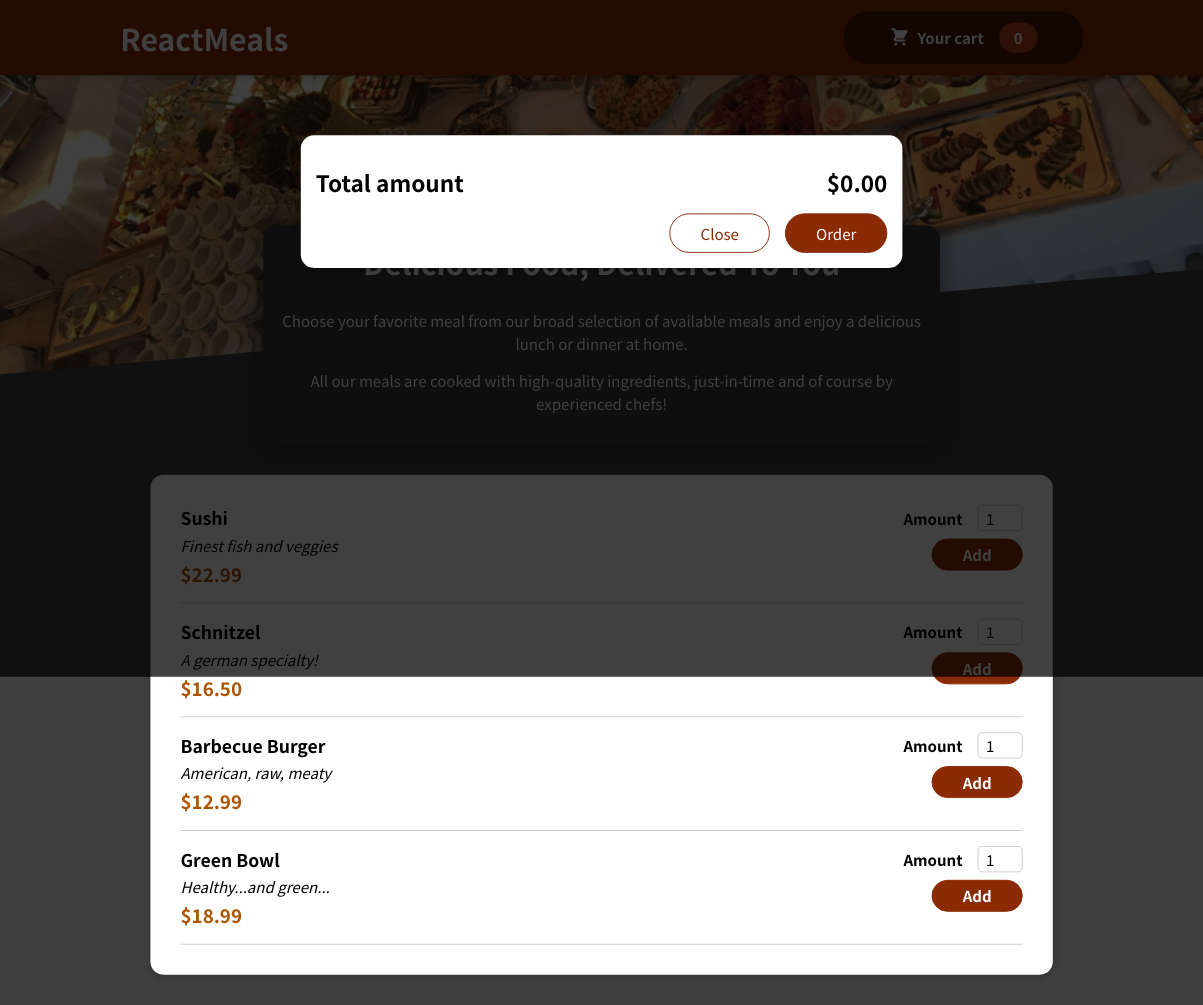
Repository: TonyHoukun-2022/React-foodApp-demo
Page: / (app in Desktop/REACT/React_FoodOrderApp/), after clicking the first element matching `button.HeaderCartButton_56f31_button`
The author's editor kept a copy of each file at every save. The page is drawn from the files as they stood at one save, then again after the next save.
The browser window is 1280 px wide. The pictures show the whole page, at 94% of full size.
The project was rebuilt for these pictures with package versions that can differ from the ones it lists, and the page was loaded fresh each time.

Above is the page before, as saved 2021-12-06 22:00:27.

### Desktop/REACT/React_FoodOrderApp/public/index.html
<!DOCTYPE html>
<html lang="en">
  <head>
    <meta charset="utf-8" />
    <link rel="icon" href="%PUBLIC_URL%/favicon.ico" />
    <meta name="viewport" content="width=device-width, initial-scale=1" />
    <meta name="theme-color" content="#000000" />
    <meta
      name="description"
      content="Web site created using create-react-app"
    />
    <link rel="apple-touch-icon" href="%PUBLIC_URL%/logo192.png" />
    <!--
      manifest.json provides metadata used when your web app is installed on a
      user's mobile device or desktop. See https://developers.google.com/web/fundamentals/web-app-manifest/
    -->
    <link rel="manifest" href="%PUBLIC_URL%/manifest.json" />
    <!--
      Notice the use of %PUBLIC_URL% in the tags above.
      It will be replaced with the URL of the `public` folder during the build.
      Only files inside the `public` folder can be referenced from the HTML.

      Unlike "/favicon.ico" or "favicon.ico", "%PUBLIC_URL%/favicon.ico" will
      work correctly both with client-side routing and a non-root public URL.
      Learn how to configure a non-root public URL by running `npm run build`.
    -->
    <title>React App</title>
  </head>
  <body>
    <noscript>You need to enable JavaScript to run this app.</noscript>
    <!-- portal -->
    <div id="overlays"></div>
    <div id="root"></div>
    <!--
      This HTML file is a template.
      If you open it directly in the browser, you will see an empty page.

      You can add webfonts, meta tags, or analytics to this file.
      The build step will place the bundled scripts into the <body> tag.

      To begin the development, run `npm start` or `yarn start`.
      To create a production bundle, use `npm run build` or `yarn build`.
    -->
  </body>
</html>

### Desktop/REACT/React_FoodOrderApp/src/App.js
import React,{useState} from "react"
import Header from "./components/Layout/Header"
import Meals from "./components/Meals/Meals"
import ShoppingCart from "./components/Cart/ShoppingCart"
import CartProvider from "./StoreContext/CartProvider"
function App() {
  const [cartIsShown, setCartIsShown] = useState(false)
  const showCartHandler = () => {
    setCartIsShown(true)
  }
  const hideCartHandler = () => {
    setCartIsShown(false)
  }
  return (
    <CartProvider>
      {cartIsShown && <ShoppingCart onClose={hideCartHandler}></ShoppingCart> }
      <Header onShowCart={showCartHandler}></Header>
      <main>
        <Meals></Meals>
      </main>
    </CartProvider>
  )
}

export default App

### Desktop/REACT/React_FoodOrderApp/src/components/Layout/Header.js
import React from "react"
import headerImg from "../../assets/header.jpeg"
import styles from "./Header.module.css"
import HeaderCartButton from "./HeaderCartButton"
const Header = (props) => {
  return (
    <>
          <header className={styles.header}>
              <h1>ReactMeals</h1>
              <HeaderCartButton onClick={props.onShowCart}></HeaderCartButton>
          </header>
          <div className={styles['main-image']}>
              <img src={headerImg} alt="header-image" />
          </div>
    </>
  )
}
export default Header

### Desktop/REACT/React_FoodOrderApp/src/components/Meals/Meals.js
import React from "react";
import MealsSummary from "./MealsSummary";
import AvailableMeals from "./AvailableMeals";
const Meals = () => {
    return (
        <>
            <MealsSummary></MealsSummary>
            <AvailableMeals></AvailableMeals>
        </>
    )
}
export default Meals

### Desktop/REACT/React_FoodOrderApp/src/components/Cart/ShoppingCart.js
import { useContext } from "react"
import style from "./ShoppingCart.module.css"
import Modal from "../UI/Modal"
import CartContext from "../../StoreContext/cart-context"
const ShoppingCart = (props) => {
  const cartCtx = useContext(CartContext)
  const totalAmount = `$${cartCtx.totalAmount.toFixed(2)}`
  const hasItems = cartCtx.items.length > 0
  const cartItems = (
    <ul className={style["cart-items"]}>
      {cartCtx.items.map((item) => (
        <li>{item.name}</li>
      ))}
    </ul>
  )

  return (
    <Modal onClose={props.onClose}>
      {cartItems}
      <div className={style.total}>
        <span>Total amount</span>
        <span>{totalAmount}</span>
      </div>
      <div className={style.actions}>
        <button onClick={props.onClose} className={style["button--alt"]}>
          Close
        </button>
        <button className={style.button}>Order</button>
      </div>
    </Modal>
  )
}
export default ShoppingCart

### Desktop/REACT/React_FoodOrderApp/src/StoreContext/CartProvider.js
// this component is simply to manage the current context of cart data and provide that context to all components that want access to it.
import CartContext from "./cart-context"
import { useReducer } from "react"

//reducer function can put outside of component because no interval values of the CartProvider component is needed in reducer.
//receive a state object and an action automatically by React.

// The action is dispatched by dispatchCartAction inside the Component
// state is simply the last state snapshotof the state managed by the reducer func.
// And then as part of the reducer function,
// you have to return a new state snapshot.
//at the begining, the state in cartReducer func is the defaultCartState

//initial value of the useReducer func
const defaultCartState = {
  items: [],
  totalAmount: 0,
}
const cartReducer = (state, action) => {
  if (action.type === "ADD") {
    //     concat here adds adds a new item to an array
    // but unlike push, it doesn't edit the existing array
    // but return a new array.
    //add the new item
    const updatedItems = state.items.concat(action.item)
    const updatedTotalAmount = state.totalAmount + action.item.price * action.item.amount
    return {
      items: updatedItems,
      totalAmount: updatedTotalAmount,
    }
  }
  // if action.type != add, return defaultCartState
  return defaultCartState
}
const CartProvider = (props) => {
  //初始化cartstate作为初始值
  const [cartState, dispatchCartAction] = useReducer(cartReducer, defaultCartState)
  //called by MealItem.js
  const addItemToCartHandler = (item) => {
    dispatchCartAction({ type: "ADD", item: item })
  }
  const removeItemFromCartHandler = (id) => {
    dispatchCartAction({ type: "REMOVE", id: id })
  }
  const cartContext = {
    items: cartState.items,
    totalAmount: cartState.totalAmount,
    //called in MealItem.js
    addItem: addItemToCartHandler,
    removeItem: removeItemFromCartHandler,
  }
  return <CartContext.Provider value={cartContext}>{props.children}</CartContext.Provider>
}
export default CartProvider

### Desktop/REACT/React_FoodOrderApp/src/components/Layout/HeaderCartButton.js
import CartIcon from "../Cart/CartIcon"
import { useContext } from "react"
import styles from "./HeaderCartButton.module.css"
import CartContext from "../../StoreContext/cart-context"
const HeaderCartButton = (props) => {
  const cartctx = useContext(CartContext)
  // reduce is a built-in js method allows us to transform an array of data into a single value.
  const numOfCartItems = cartctx.items.reduce((currentNumber, item) => {
    return currentNumber + item.amount
  }, 0)
  return (
    <button className={styles.button} onClick={props.onClick}>
      <span className={styles.icon}>
        <CartIcon></CartIcon>
      </span>
      <span>Your cart</span>
      <span className={styles.badge}>{numOfCartItems}</span>
    </button>
  )
}
export default HeaderCartButton

### Desktop/REACT/React_FoodOrderApp/src/components/Meals/AvailableMeals.js
import styles from "./AvailableMeals.module.css"
import Card from "../UI/Card"
import MealItem from "./MealItem/MealItem"
const DUMMY_MEALS = [
  {
    id: "m1",
    name: "Sushi",
    description: "Finest fish and veggies",
    price: 22.99,
  },
  {
    id: "m2",
    name: "Schnitzel",
    description: "A german specialty!",
    price: 16.5,
  },
  {
    id: "m3",
    name: "Barbecue Burger",
    description: "American, raw, meaty",
    price: 12.99,
  },
  {
    id: "m4",
    name: "Green Bowl",
    description: "Healthy...and green...",
    price: 18.99,
  },
]
const AvailableMeals = () => {
    const mealsList = DUMMY_MEALS.map(meal => (
        <MealItem id={ meal.id} key={ meal.id} price={meal.price} name={meal.name} description={meal.description}></MealItem>
    ))
    return (
        <section className={styles.meals}>
            <Card>
                <ul>
                    {mealsList}
                </ul>
            </Card>
        </section>
    )
}
export default AvailableMeals

### Desktop/REACT/React_FoodOrderApp/src/components/Cart/ShoppingCart.module.css
.cart-items {
  list-style: none;
  margin: 0;
  padding: 0;
  max-height: 20rem;
  overflow: auto;
}

.total {
  display: flex;
  justify-content: space-between;
  align-items: center;
  font-weight: bold;
  font-size: 1.5rem;
  margin: 1rem 0;
}

.actions {
  text-align: right;
}

.actions button {
  font: inherit;
  cursor: pointer;
  background-color: transparent;
  border: 1px solid #8a2b06;
  padding: 0.5rem 2rem;
  border-radius: 25px;
  margin-left: 1rem;
}

.actions button:hover,
.actions button:active {
  background-color: #5a1a01;
  border-color: #5a1a01;
  color: white;
}

.actions .button--alt {
  color: #8a2b06;
}

.actions .button {
  background-color: #8a2b06;
  color: white;
}

### Desktop/REACT/React_FoodOrderApp/src/components/UI/Modal.js
import style from "./Modal.module.css"
import ReactDOM from "react-dom"
const Backdrop = (props) => {
  return <div onClick={props.onClose} className={style.backdrop}></div>
}
const ModalOverlay = (props) => {
  return (
    <div className={style.modal}>
      <div className={style.content}>{props.children}</div>
    </div>
  )
}
const portalElements = document.getElementById("overlays")
const Modal = (props) => {
  return (
    <>
      {/* use Portal to move the Backdrop and Modaloverlay to root div #overlays in index.html */}
      {ReactDOM.createPortal(<Backdrop onClose={props.onClose} />, portalElements)}
      {ReactDOM.createPortal(<ModalOverlay>{props.children}</ModalOverlay>, portalElements)}
    </>
  )
}
export default Modal

### Desktop/REACT/React_FoodOrderApp/src/StoreContext/cart-context.js
import { createContext } from "react"
const CartContext = createContext({
  items: [],
  totalAmount: 0,
  addItem: (item) => {},
  removeItem: (id) => {},
})
export default CartContext

// import { createContext } from "react"
// const Context = createContext("Default Value")

### Desktop/REACT/React_FoodOrderApp/src/components/Cart/CartIcon.js
const CartIcon = () => {
  return (
    <svg xmlns="http://www.w3.org/2000/svg" viewBox="0 0 20 20" fill="currentColor">
      <path d="M3 1a1 1 0 000 2h1.22l.305 1.222a.997.997 0 00.01.042l1.358 5.43-.893.892C3.74 11.846 4.632 14 6.414 14H15a1 1 0 000-2H6.414l1-1H14a1 1 0 00.894-.553l3-6A1 1 0 0017 3H6.28l-.31-1.243A1 1 0 005 1H3zM16 16.5a1.5 1.5 0 11-3 0 1.5 1.5 0 013 0zM6.5 18a1.5 1.5 0 100-3 1.5 1.5 0 000 3z" />
    </svg>
  )
}

export default CartIcon

### Desktop/REACT/React_FoodOrderApp/src/components/Layout/HeaderCartButton.module.css
.button {
  cursor: pointer;
  font: inherit;
  border: none;
  background-color: #4d1601;
  color: white;
  padding: 0.75rem 3rem;
  display: flex;
  justify-content: space-around;
  align-items: center;
  border-radius: 25px;
  font-weight: bold;
}

.button:hover,
.button:active {
  background-color: #2c0d00;
}

.icon {
  width: 1.35rem;
  height: 1.35rem;
  margin-right: 0.5rem;
}

.badge {
  background-color: #b94517;
  padding: 0.25rem 1rem;
  border-radius: 25px;
  margin-left: 1rem;
  font-weight: bold;
}

.button:hover .badge,
.button:active .badge {
  background-color: #92320c;
}

.bump {
  animation: bump 300ms ease-out;
}

@keyframes bump {
  0% {
    transform: scale(1);
  }
  10% {
    transform: scale(0.9);
  }
  30% {
    transform: scale(1.1);
  }
  50% {
    transform: scale(1.15);
  }
  100% {
    transform: scale(1);
  }
}

### Desktop/REACT/React_FoodOrderApp/src/components/UI/Card.js
import styles from "./Card.module.css"
const Card = (props) => {
    return (
        <div className={styles.card}>{ props.children}</div>
    )
}
export default Card

### Desktop/REACT/React_FoodOrderApp/src/components/Meals/MealItem/MealItem.js
import { useContext } from "react"
import MealItemForm from "./MealItemForm"
import styles from "./MealItem.module.css"
import CartContext from "../../../StoreContext/cart-context"

// props from AvailableMeals
const MealItem = (props) => {
  const cartCtx = useContext(CartContext)
  //price is set to be like $xx.xx
  //props.price comes from AvailableMeals.js
  const price = `$${props.price.toFixed(2)}`
  // amount prop comes from the MealItemForm, enteredAmountNum
  const addItemToCartHandler = (amount) => {
    //   call addItem method  defined in CartProvider, pass an item
    cartCtx.addItem({
      id: props.id,
      name: props.name,
      amount: amount,
      price: props.price,
    })
  }
  return (
    <li className={styles.meal}>
      <div>
        <h3>{props.name}</h3>
        <div className={styles.description}>{props.description}</div>
        <div className={styles.price}>{price}</div>
      </div>
      <div>
        <MealItemForm onAddToCart={addItemToCartHandler}></MealItemForm>
      </div>
    </li>
  )
}
export default MealItem

### Desktop/REACT/React_FoodOrderApp/src/components/Meals/MealItem/MealItemForm.js
import { useRef, useState } from "react"
import Input from "../../UI/Input"
import styles from "./MealItemForm.module.css"
const MealItemForm = (props) => {
  const amountInputRef = useRef()
  const [amountIsValid, setAmountIsValid] = useState(true)
  const submitHandler = (event) => {
    //prevent default submit action (reloading page)
    event.preventDefault()
    //amountInputRef.current 指向 Input component 里面的 <input>, <input> is stored in the amountInputRef returned by useRef().
    const enteredAmount = amountInputRef.current.value
    //<input> has a value property holds the currently entered value, and that value is always a string, so we need to convert it to a number.
    const enteredAmountNum = +enteredAmount
    if (enteredAmount.trim().length === 0 || enteredAmountNum < 1 || enteredAmountNum > 5) {
      setAmountIsValid(false)
      //stop the submitHandler func
      return
    }
    //forward value enteredAmountNum to parent MealItem.js.
    props.onAddToCart(enteredAmountNum)
  }
  return (
    <form className={styles.form} onSubmit={submitHandler}>
      <Input
        //cannot directly use ref in custom component
        //   All we have to do is go to the Component where we wanna receive refs. In this case, thats the Input Component, and then make sure you import React in there from react and wrap your Component function with React.forwardRef.

        //React 会将ref 作为第二个参数传递给React.forwardRef函数渲染的Input.js
        ref={amountInputRef}
        label="Amount"
        input={{
          //all built-in attributes for <input> tag in Input.js
          id: `'amount_${props.id}`,
          type: "number",
          min: "1",
          max: "5",
          step: "1",
          defaultValue: "1",
        }}
      ></Input>
      <button>Add</button>
      {!amountIsValid && <p>Please enter a valid amount of item</p>}
    </form>
  )
}
export default MealItemForm

### Desktop/REACT/React_FoodOrderApp/src/components/UI/Input.js
import React from "react"
import styles from "./Input.module.css"

// the ref prop is the ref attribute of Input component in MealItemForm
//forwardRef 会将MealItemFrom 里的 Input 的ref传入，然后用在这里的<input>上。 这样，mealitemform里面的ref.current就指向这里的<input>
const Input = React.forwardRef((props, ref) => {
  return (
    <div className={styles.input}>
      <label htmlFor={props.input.id}>{props.label}</label>
      {/* ...props.input ensures that all the key value pairs in this input object,which we receive on props input are added as property:value to input tag here. */}
      <input ref={ref} {...props.input} />
    </div>
  )
})
export default Input

Loaded but not shown: Desktop/REACT/React_FoodOrderApp/src/index.js (common file); Desktop/REACT/React_FoodOrderApp/src/index.css (common file); Desktop/REACT/React_FoodOrderApp/src/components/Layout/Header.module.css (common file); Desktop/REACT/React_FoodOrderApp/src/components/Meals/MealsSummary.js (common file); Desktop/REACT/React_FoodOrderApp/src/components/Meals/MealsSummary.module.css (common file); Desktop/REACT/React_FoodOrderApp/src/components/Meals/AvailableMeals.module.css (common file); Desktop/REACT/React_FoodOrderApp/src/components/UI/Modal.module.css (common file); Desktop/REACT/React_FoodOrderApp/src/components/UI/Card.module.css (common file); Desktop/REACT/React_FoodOrderApp/src/components/Meals/MealItem/MealItem.module.css (common file); Desktop/REACT/React_FoodOrderApp/src/components/Meals/MealItem/MealItemForm.module.css (common file); Desktop/REACT/React_FoodOrderApp/src/components/UI/Input.module.css (common file)

After the next save:
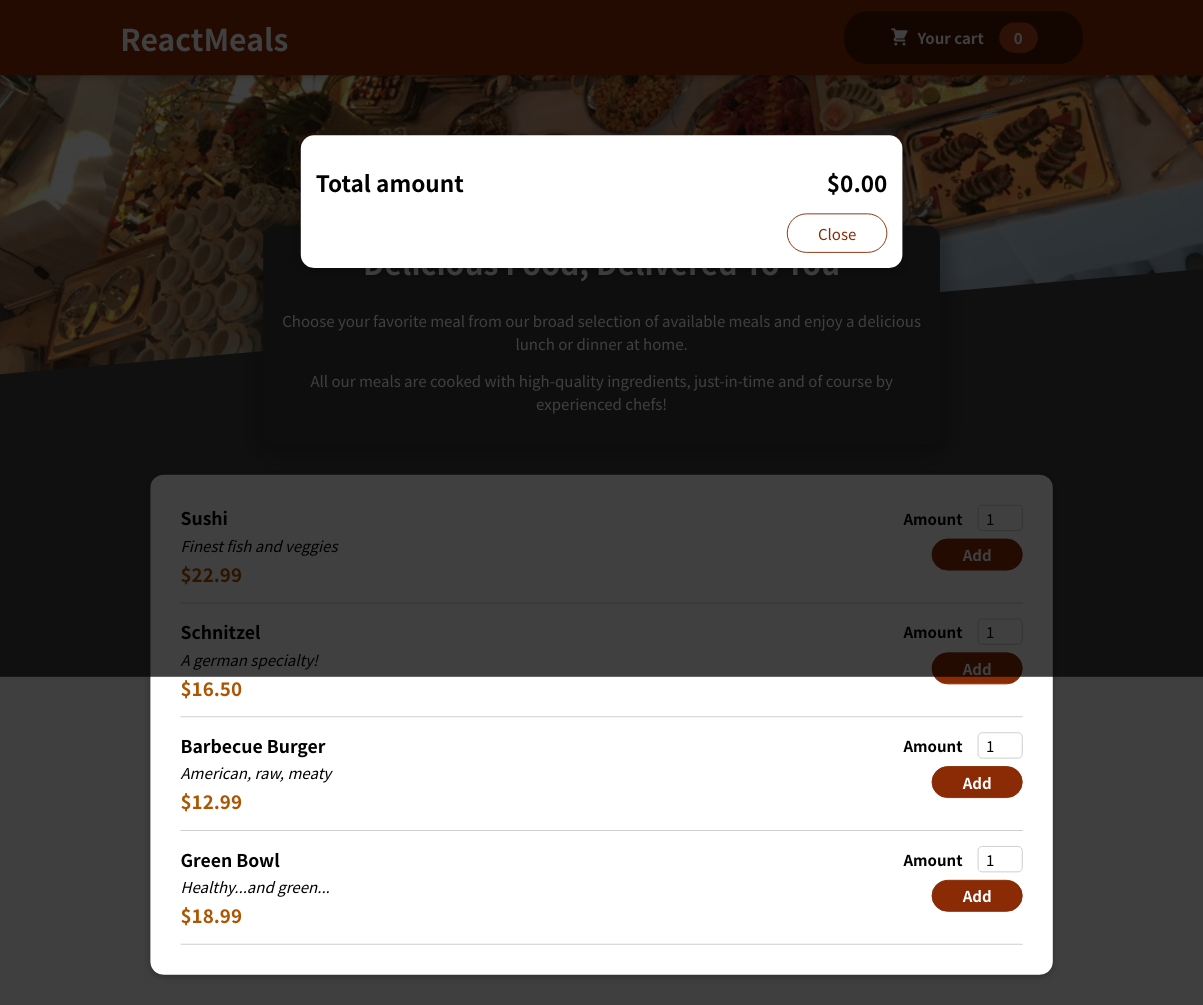
Saved 37 s later.
--- a/Desktop/REACT/React_FoodOrderApp/src/components/Cart/ShoppingCart.js
+++ b/Desktop/REACT/React_FoodOrderApp/src/components/Cart/ShoppingCart.js
@@ -25,7 +25,7 @@ const ShoppingCart = (props) => {
         <button onClick={props.onClose} className={style["button--alt"]}>
           Close
         </button>
-        <button className={style.button}>Order</button>
+        {hasItems && <button className={style.button}>Order</button>}
       </div>
     </Modal>
   )
